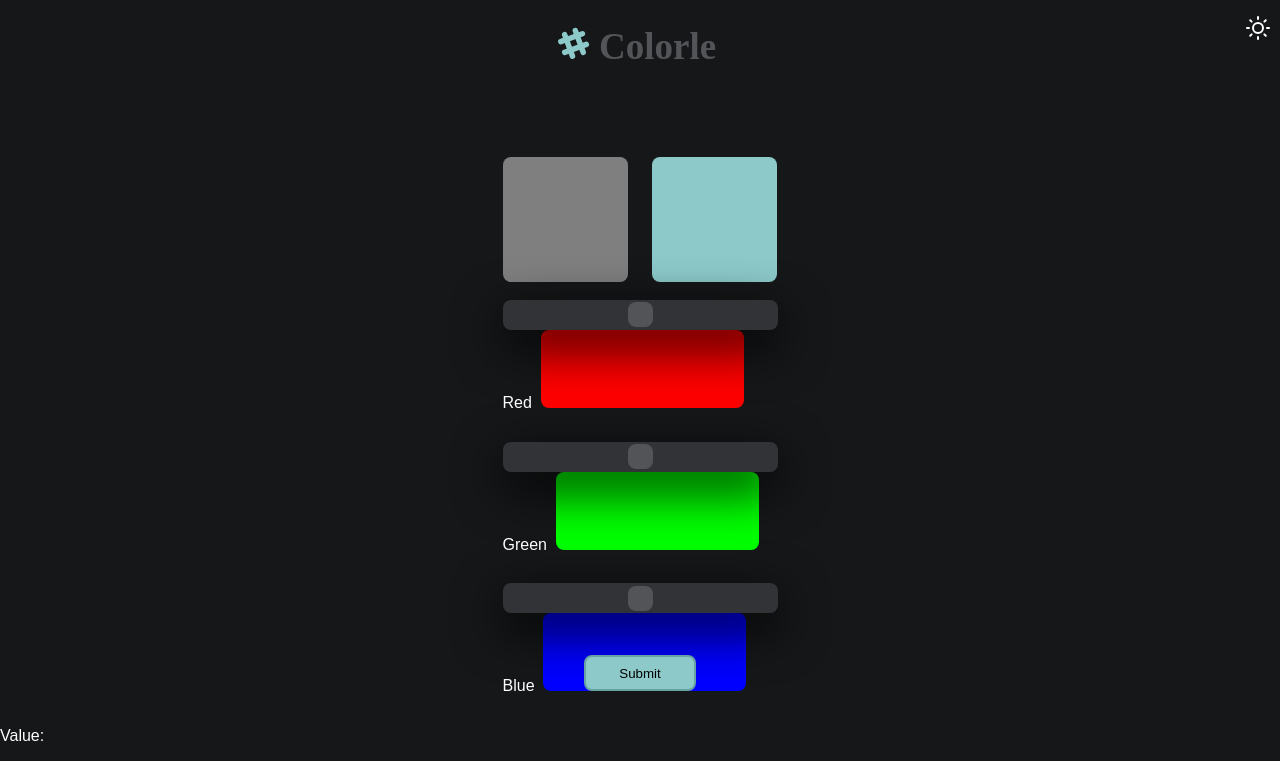
Repository: Artem-Melnik/Colorle
Page: index.html
The author's editor kept a copy of each file at every save. The page is drawn from the files as they stood at one save, then again after the next save.
The browser window is 1280 px wide. The pictures show the whole page.

Above is the page before, as saved 2022-05-14 22:03:31.

After the next save:
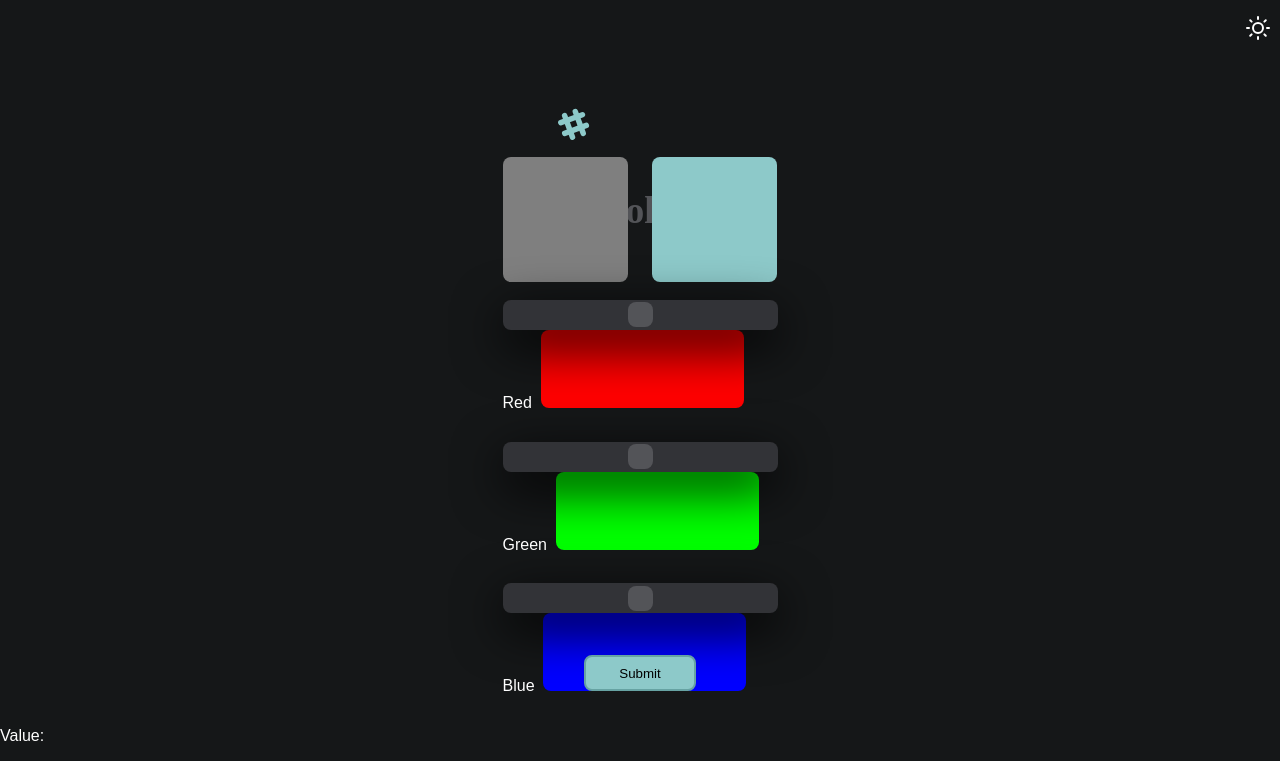
Saved 21 s later.
--- a/styles.css
+++ b/styles.css
@@ -35,8 +35,8 @@ body {
   position: relative;
   justify-content: center;
   align-items: center;
-  margin-top: auto;
-  margin-bottom: auto;
+  margin-top: 50%;
+  margin-bottom: 50%;
   margin-right: 5px;
   width: 32px;
   height: 32px;
